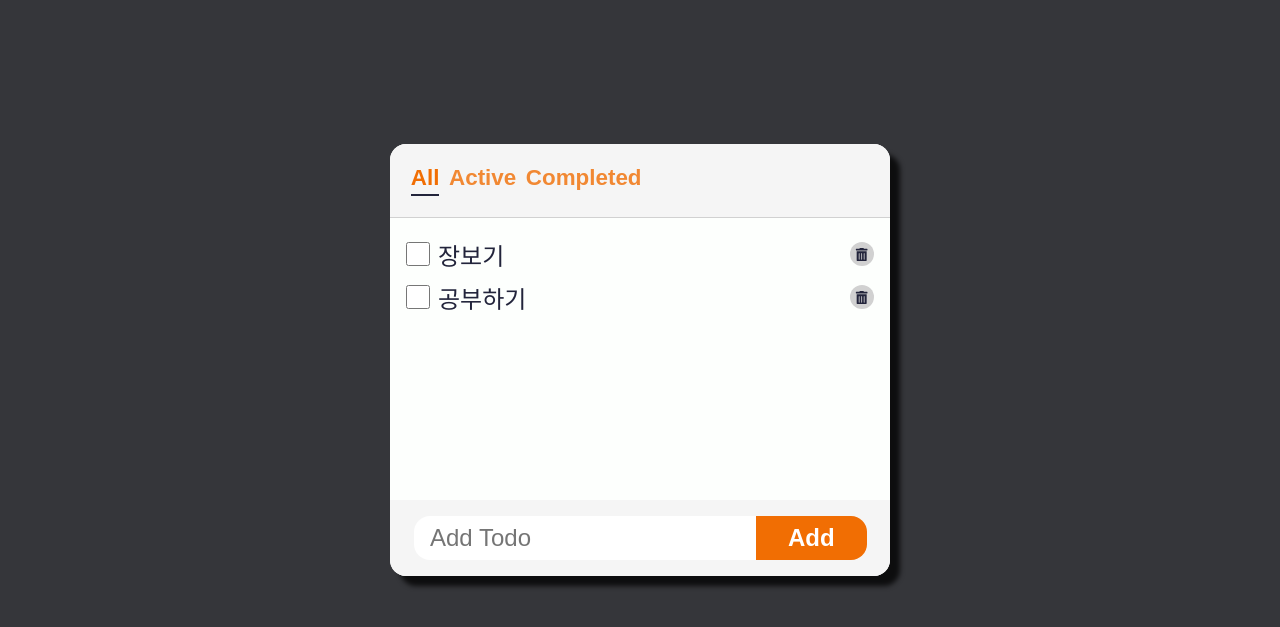
Repository: MrJinkyu/TodoList
Page: /
These files come from the project's save history. The page is drawn as it stood at one moment and after the next save; the edit follows.
The browser window is 1280 px wide. The pictures show the whole page.
The project was rebuilt for these pictures with package versions that can differ from the ones it lists, and the page was loaded fresh each time.

Above is the page before, as saved 2023-05-01 15:08:29.

After the next save:
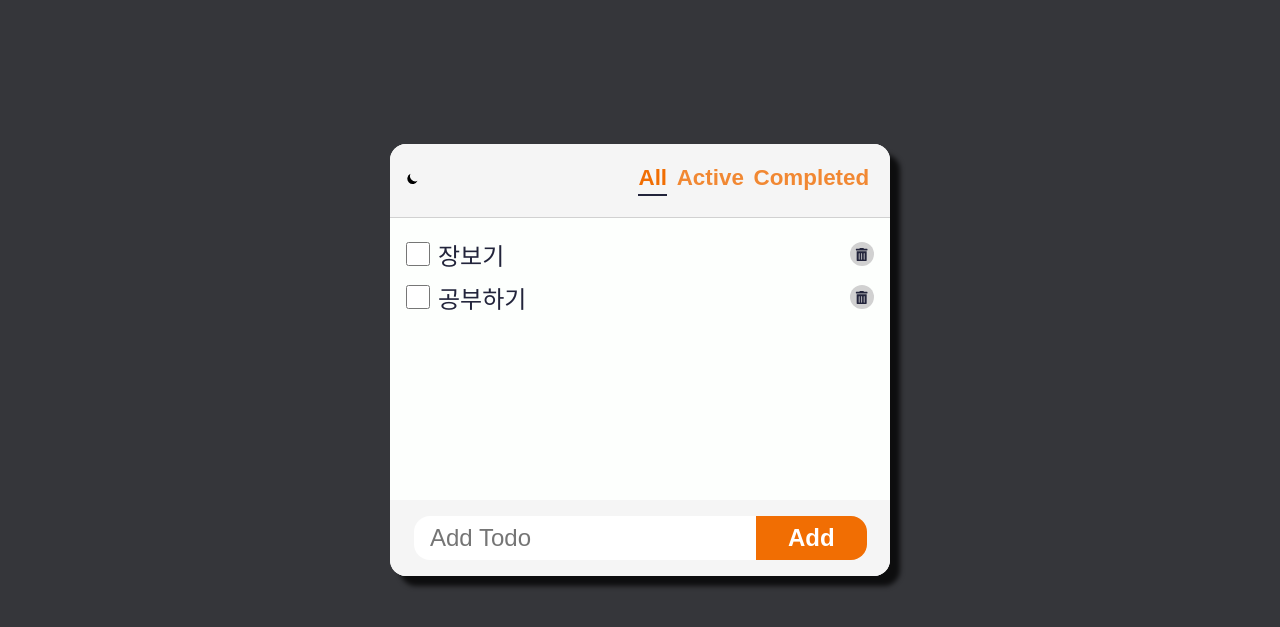
Saved 84 s later.
--- a/src/components/Header.jsx
+++ b/src/components/Header.jsx
@@ -1,11 +1,17 @@
 import React from 'react';
 import styles from './Header.module.css';
 import { useDarkMode } from '../context/DarkModeContext';
+import { HiMoon, HiSun } from 'react-icons/hi';
 
 export default function Header({filters, filter, onFilterChange}) {
     const {darkMode, toggleDarkMode} = useDarkMode();
+
     return (
         <header className={styles.header}>
+            <button>
+                {!darkMode && <HiMoon></HiMoon>}
+                {darkMode && <HiSun></HiSun>}
+            </button>
             <ul className={styles.filters}>
                 {filters.map((value,index) => (
                     <li key={index}>
